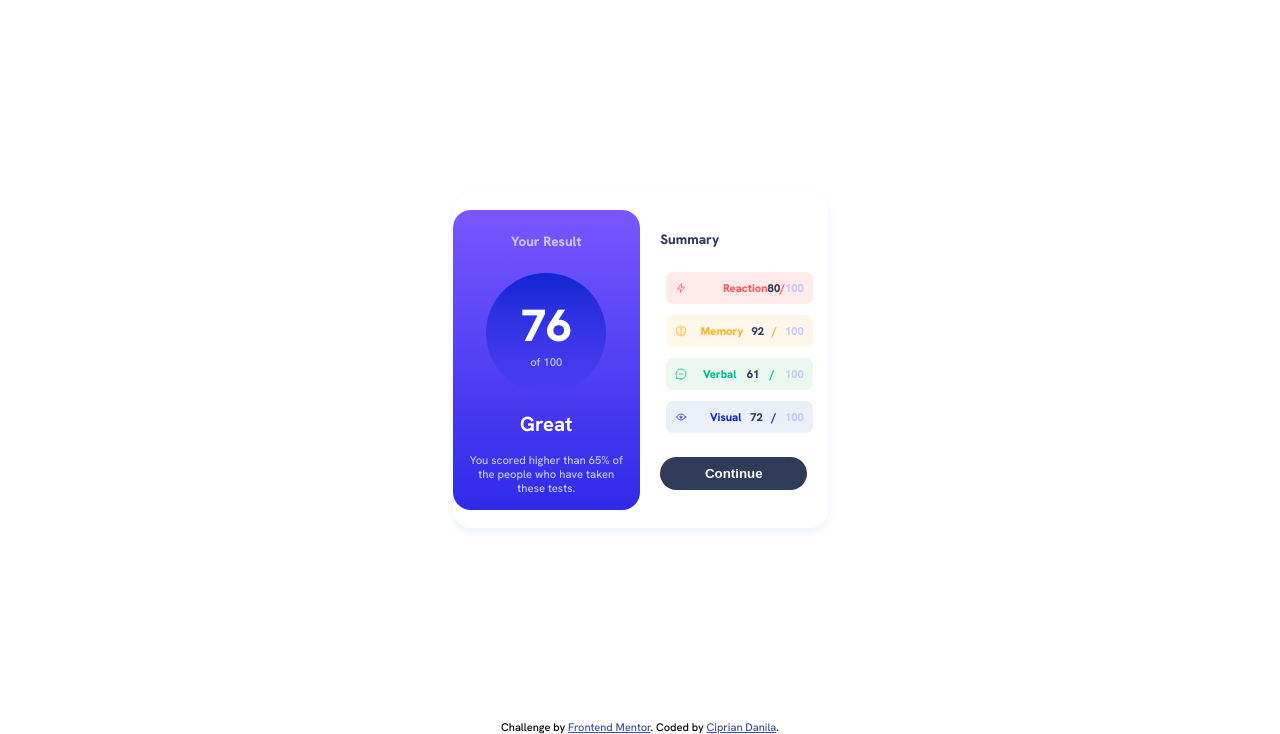
Repository: cipdanila/results-summary-component
Page: index.html
An editor plug-in stored every save of this project. The page is shown before and after the next save, followed by the edit.
The browser window is 1280 px wide. The pictures show the whole page.

Above is the page before, as saved 2024-02-02 20:51:26.

After the next save:
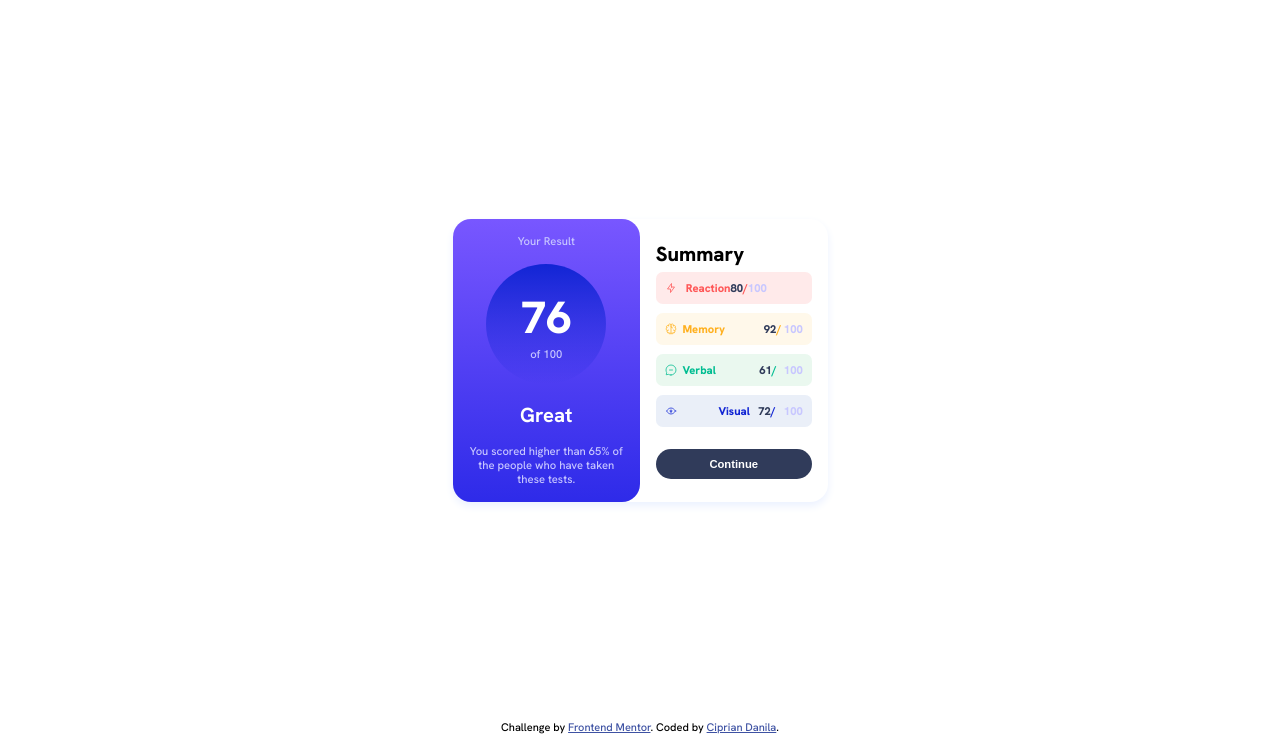
Saved 2 days later.
--- a/styles.css
+++ b/styles.css
@@ -23,9 +23,12 @@
 *,
 *::after,
 *::before {
-    box-sizing: border-box;
     margin: 0;
     padding: 0;
+}
+
+* {
+    box-sizing: border-box;
 }
 
 body,
@@ -65,10 +68,14 @@
     border-radius: 1rem;
 }
 
-.result #result-title {
+.title {
     padding: 1.25rem;
     font-weight: 800;
     font-size: 0.75rem;
+}
+
+.result .title {
+    color: var(--light-lavender);
 }
 
 .score-circle {
@@ -109,12 +116,12 @@
     display: flex;
     flex-direction: column;
     justify-content: center;
-    padding: 1.125rem;
-    font-weight: 800;
-}
-
-.summary p#summary {
-    padding: 1rem 0;
+    padding: 1rem 0.875rem 0 0.875rem;
+    font-weight: 800;
+}
+
+.summary .title {
+    padding: 0 0 1rem 0;
     font-size: 0.75rem;
     font-weight: 800;
     color: var(--dark-gray-blue);
@@ -123,10 +130,11 @@
 .summary div {
     width: 100%;
     padding: 0.5rem;
-    margin: 0.313rem;
+    margin: 0.25rem 0;
     font-size: 0.625rem;
     display: flex;
     justify-content: space-between;
+    align-items: center;
     border-radius: 0.375rem;
 }
 
@@ -137,12 +145,13 @@
 
 .summary div p {
     display: flex;
-    align-items: center;
-}
-
-.summary span {
-    display: flex;
-    align-items: center;
+    justify-content: flex-start;
+    align-items: center;
+    padding-right: 2rem;
+}
+
+.summary div span {
+    margin-left: auto;
 }
 
 .summary .percent {
@@ -183,16 +192,22 @@
     align-items: center;
     color: var(--white);
     background-color: var(--dark-gray-blue);
+    font-size: 0.625rem;
     font-weight: 700;
     border-radius: 1rem;
     border: none;
     cursor: pointer;
 }
 
+button:hover {
+    background: linear-gradient(to bottom, var(--light-slate-blue) 0%, var(--light-royal-blue) 100%);
+}
+
 .attribution {
     font-size: 11px;
     text-align: center;
 }
+
 .attribution a {
     color: hsl(228, 45%, 44%);
 }
